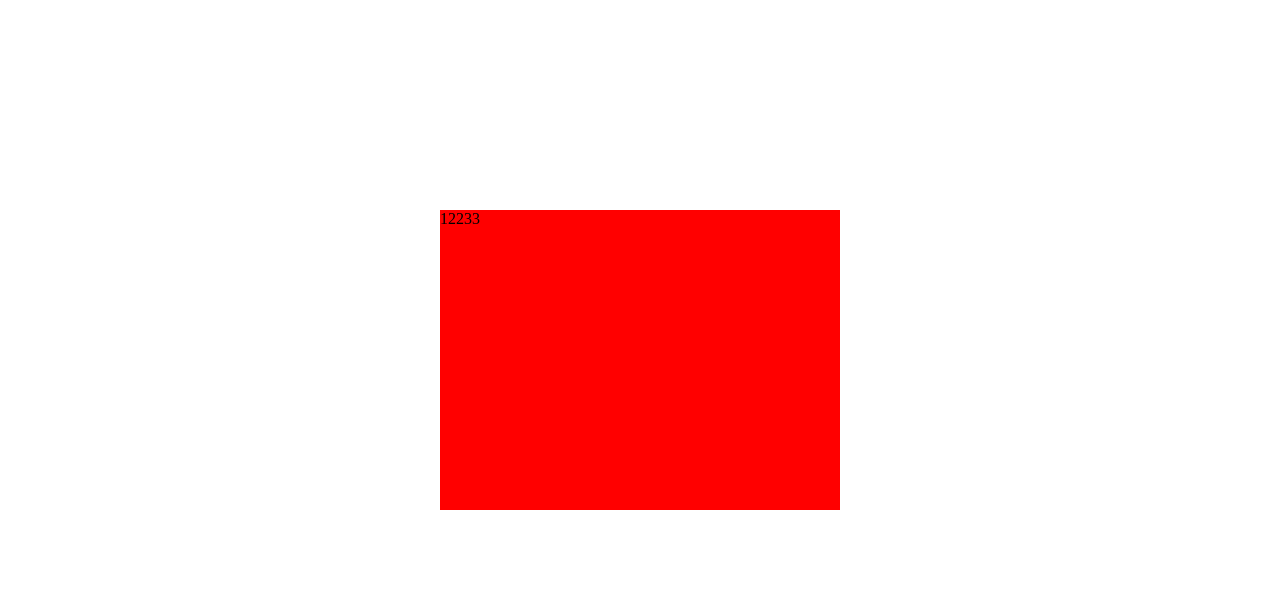
Repository: jinggegeZ/livechat
Page: /login
These files come from the project's save history. The page is drawn as it stood at one moment and after the next save; the edit follows.
The browser window is 1280 px wide. The pictures show the whole page.
The project was rebuilt for these pictures with package versions that can differ from the ones it lists, and the page was loaded fresh each time. Also part of the build but not shown: src/views/Home.vue.

Above is the page before, as saved 2020-08-17 15:00:44.

After the next save:
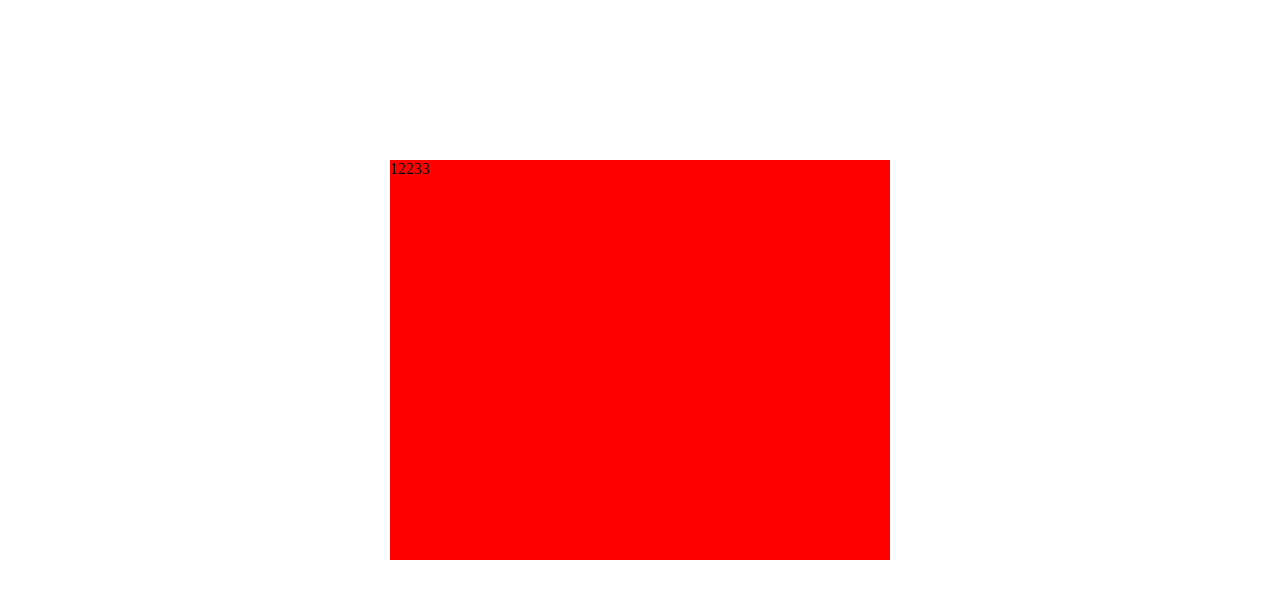
Saved 9 s later.
--- a/src/views/login.vue
+++ b/src/views/login.vue
@@ -51,8 +51,8 @@
   align-items: center;
 }
 .loginbox {
-  width: 400px;
-  height: 300px;
+  width: 500px;
+  height: 400px;
   background: red;
 }
 </style>
